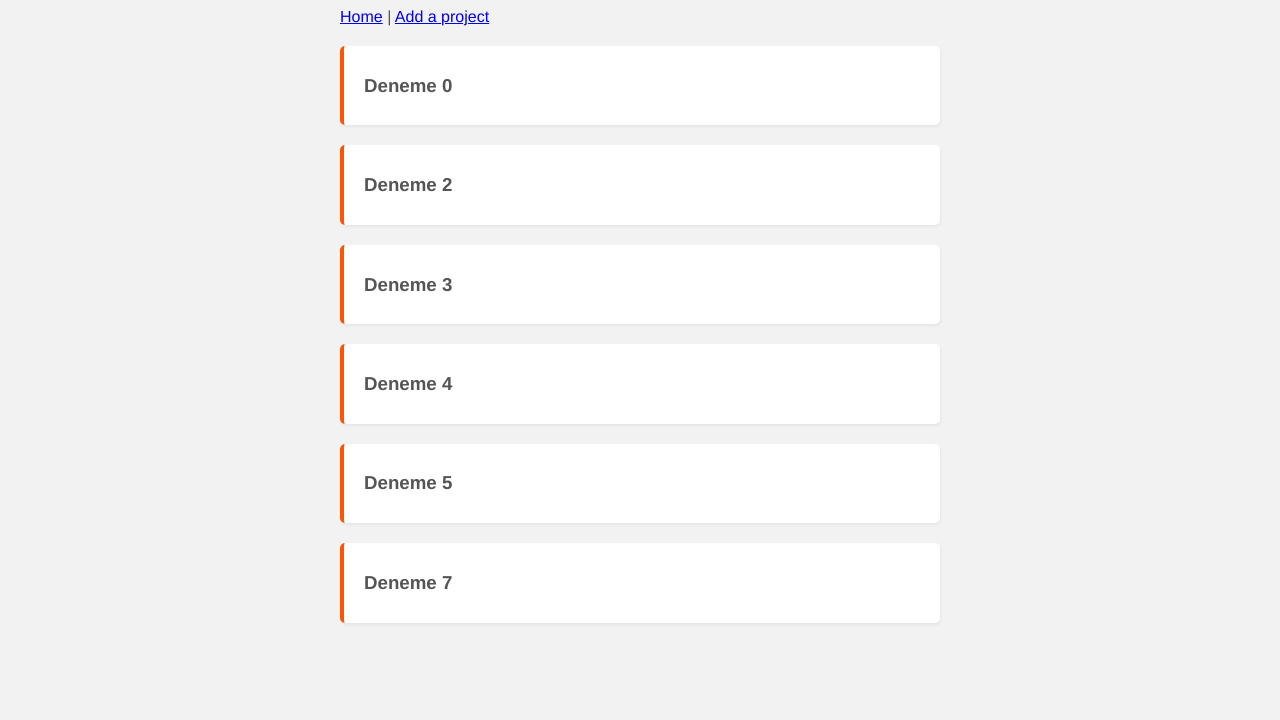
Repository: sercanisli/task-app
Page: /
An editor plug-in stored every save of this project. The page is shown before and after the next save, followed by the edit.
The browser window is 1280 px wide. The pictures show the whole page.
The project was rebuilt for these pictures with package versions that can differ from the ones it lists, and the page was loaded fresh each time. Requests to the local data server were answered from the project's data file. Also part of the build but not shown: vue.config.js. Imported but missing from the stored project, and not drawn on this page: src/views/AddProject.vue.

Above is the page before, as saved 2024-04-27 02:16:19.

### public/index.html
<!DOCTYPE html>
<html lang="">
  <head>
    <meta charset="utf-8">
    <meta http-equiv="X-UA-Compatible" content="IE=edge">
    <meta name="viewport" content="width=device-width,initial-scale=1.0">
    <link rel="icon" href="<%= BASE_URL %>favicon.ico">
    <title><%= htmlWebpackPlugin.options.title %></title>
    <link href="https://fonts.googleapis.com/icon?family=Material+Icons"
      rel="stylesheet">
  </head>
  <body>
    <noscript>
      <strong>We're sorry but <%= htmlWebpackPlugin.options.title %> doesn't work properly without JavaScript enabled. Please enable it to continue.</strong>
    </noscript>
    <div id="app"></div>
    <!-- built files will be auto injected -->
  </body>
</html>

### src/App.vue
<template>
  <div>
    <nav>
      <router-link to="/">Home</router-link> |
      <router-link to="/add">Add a project</router-link>
    </nav>
    <router-view/>
  </div>
</template>

<script>
  export default {
    components:{

    }
  }
</script>

<style>
body{
  background: #f2f2f2;
}
#app {
  font-family: Avenir, Helvetica, Arial, sans-serif;
  -webkit-font-smoothing: antialiased;
  -moz-osx-font-smoothing: grayscale;
  max-width: 600px;
  margin: 0 auto;
  color: #555;
}
</style>

### src/router/index.js
import { createRouter, createWebHistory } from 'vue-router'
import Home from '../views/Home.vue'

const routes = [
  {
    path: '/',
    name: 'home',
    component: Home
  },
  {
    path: '/add',
    name: 'AddProject',
    component: () => import('../views/AddProject.vue')
  },
  {
    path: '/project/:id',
    name: 'EditProject',
    component: () => import('../views/EditProject.vue'),
    props:true
  }
]

const router = createRouter({
  history: createWebHistory(process.env.BASE_URL),
  routes
})

export default router

### src/views/Home.vue
<template>
  <div class="home">
    <div v-if="projects.length">
      <div v-for="prj in projects" :key="prj.id">
        <SingleProject :project="prj" />
      </div>
    </div>
  </div>
</template>

<script>
import SingleProject from '../components/SingleProject'

export default {
  name: 'Home',
  components: {
    SingleProject
  },
  data(){
    return{
      projects:[]
    }
  },
  mounted(){
    fetch('http://localhost:3000/projects')
      .then(response => response.json())
      .then(data => this.projects = data)
      .catch(error => console.log(error.message))
  }
}
</script>

<style >
.project {
  margin: 20px auto;
  background: #fff;
  padding: 10px 20px;
  border-radius: 5px;
  box-shadow: 1px 2px 3px rgba(0, 0, 0, 0.05);
  border-left: 4px solid #ff5500;
}
h3 {
  cursor: pointer;
}
.actions {
  display: flex;
  justify-content: space-between;
  align-items: center;
}
.material-icons {
  font-size: 24px;
  margin-left: 10px;
  color: #bbb;
  cursor: pointer;
}
.material-icons:hover {
  color: #777;
}
.project.complete {
  border-left: 4px solid #76dd78;
}
.project.complete .tick {
  color: #76dd78;
}
</style>

### src/components/SingleProject.vue
<template>
  <div class="project">
    <div class="actions">
        <h3 @click="showDetails = !showDetails">{{ project.title }}</h3>
    </div>
    <div v-if="showDetails" class="details">
        <p>{{ project.details }}</p>
    </div>
  </div>
</template>

<script>
export default {
    props:['project'],
    data(){
        return {
            showDetails: false
        }
    }
}
</script>

<style>

</style>

### data/db.json
{
    "projects": [
      {
        "id": 1,
        "title": "Deneme 0",
        "details": "Lorem Ipsum is simply Lorem Ipsum has been the industry's standard dummy text ever since the 1500s, when an unknown printer took a galley of type and scrambled it to make a type specimen book. aaaaaaaaaaaa",
        "complete": true
      },
      {
        "id": 2,
        "title": "Deneme 2",
        "details": "Lorem Ipsum is simply dummy text of the printing and typesetting industry. Lorem Ipsum has been the industry's standard dummy text ever since the 1500s, when an unknown printer took a galley of type and scrambled it to make a type specimen book.",
        "complete": false
      },
      {
        "id": 3,
        "title": "Deneme 3",
        "details": "Lorem Ipsum has been the industry's standard dummy text ever since the 1500s, when an unknown printer took a galley of type and scrambled it to make a type specimen book.",
        "complete": true
      },
      {
        "id": 4,
        "title": "Deneme 4",
        "details": "Lorem Ipsum is simply dummy text of the printing and typesetting industry. Lorem Ipsum has been the industry's standard dummy text ever since the 1500s.",
        "complete": false
      },
      {
        "title": "Deneme 5",
        "details": "asfasdf gsdg erhdshs thfsgh",
        "complete": true,
        "id": 5
      },
      {
        "title": "Deneme 7",
        "details": "fdgdfg dfhfdgh sfdhsh srthsfhg",
        "complete": false,
        "id": 6
      }
    ]
  }

Loaded but not shown: src/main.js (common file)

After the next save:
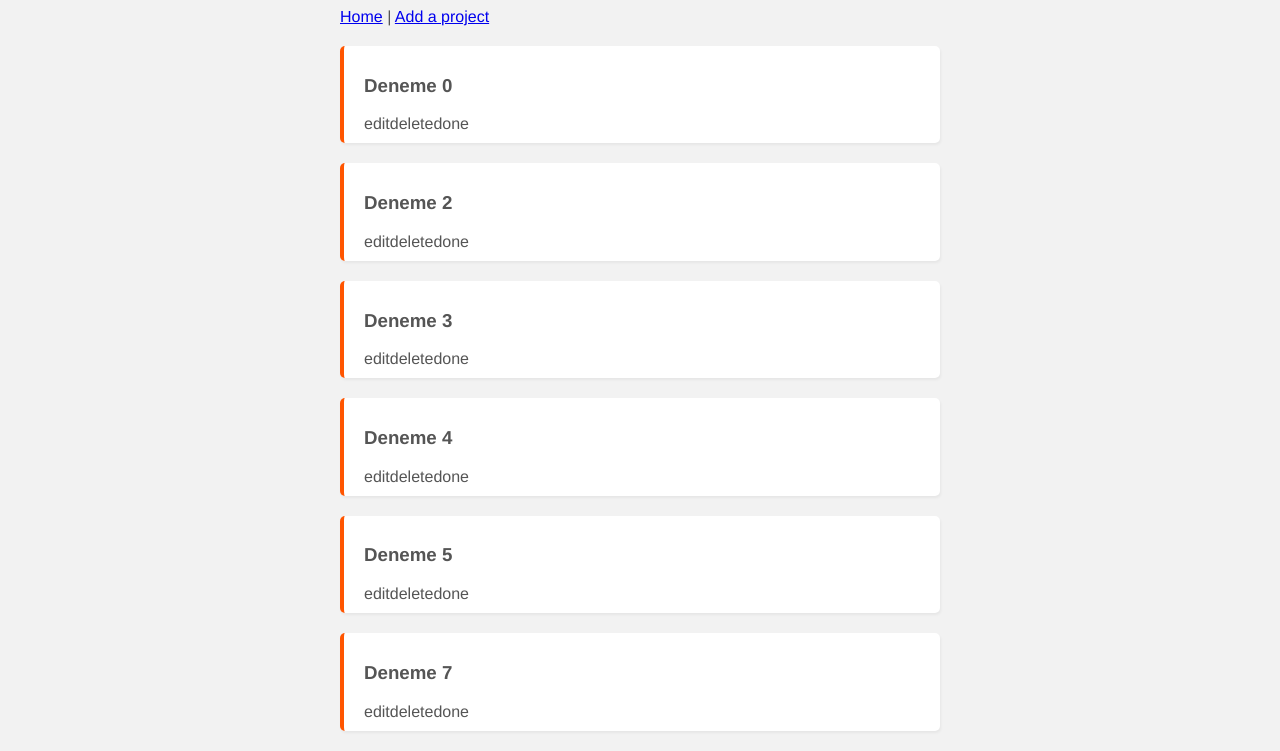
Saved 2 min 54 s later.
--- a/src/components/SingleProject.vue
+++ b/src/components/SingleProject.vue
@@ -2,6 +2,11 @@
   <div class="project">
     <div class="actions">
         <h3 @click="showDetails = !showDetails">{{ project.title }}</h3>
+    </div>
+    <div class="icons">
+        <span class="material-symbols-outlined">edit</span>
+        <span class="material-symbols-outlined">delete</span>
+        <span class="material-symbols-outlined">done</span>
     </div>
     <div v-if="showDetails" class="details">
         <p>{{ project.details }}</p>
@@ -21,5 +26,35 @@ export default {
 </script>
 
 <style>
-
+.project {
+    margin: 20px auto;
+    background: #fff;
+    padding: 10px 20px;
+    border-radius: 5px;
+    box-shadow: 1px 2px 3px rgba(0, 0, 0, 0.05);
+    border-left: 4px solid #ff5500;
+  }
+  h3 {
+    cursor: pointer;
+  }
+  .actions {
+    display: flex;
+    justify-content: space-between;
+    align-items: center;
+  }
+  .material-icons {
+    font-size: 24px;
+    margin-left: 10px;
+    color: #bbb;
+    cursor: pointer;
+  }
+  .material-icons:hover {
+    color: #777;
+  }
+  .project.complete {
+    border-left: 4px solid #76dd78;
+  }
+  .project.complete .tick {
+    color: #76dd78;
+  }
 </style>
